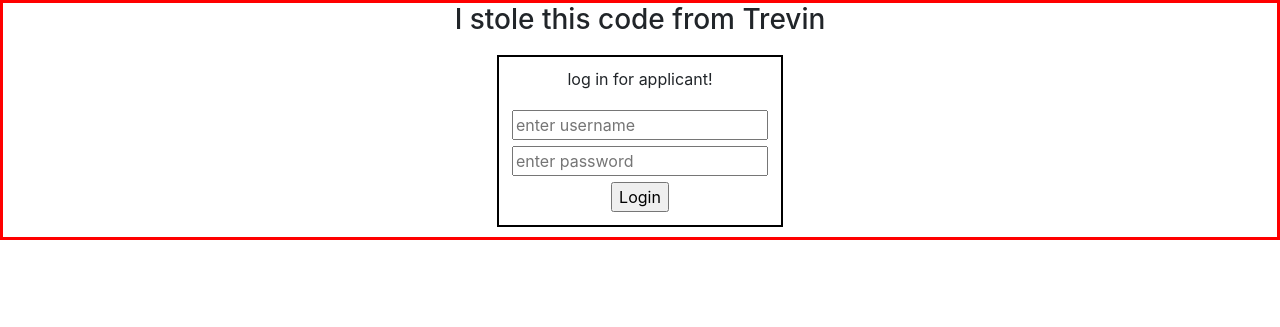
Repository: 2001usfpega/ZhenJ-code
Page: Project1/Showmethemoney/src/main/webapp/resources/html/homepage.html
These files come from the project's save history. The page is drawn as it stood at one moment and after the next save; the edit follows.
The browser window is 1280 px wide. The pictures show the whole page.

Above is the page before, as saved 2020-02-09 06:21:59.

After the next save:
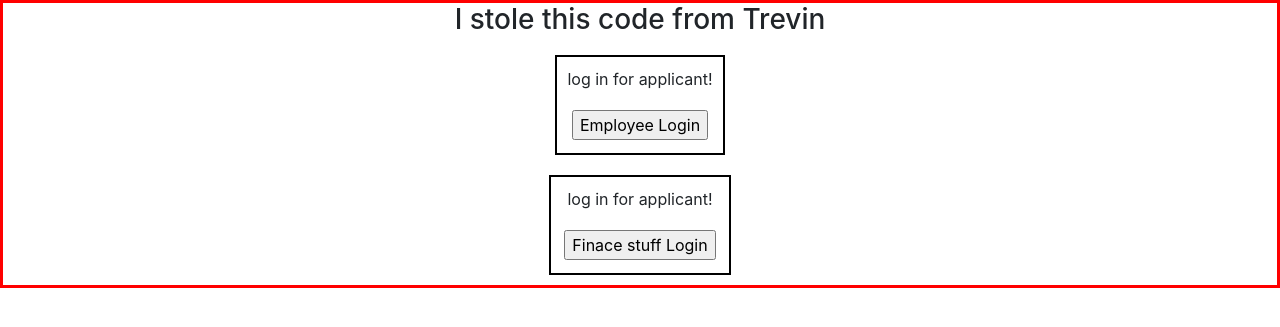
Saved 9 h 35 min later.
--- a/Project1/Showmethemoney/src/main/webapp/resources/html/homepage.html
+++ b/Project1/Showmethemoney/src/main/webapp/resources/html/homepage.html
@@ -17,11 +17,14 @@
 		<!-- FRONT CONTROLLER EXAMPLE -->
 		<h3>I stole this code from Trevin</h3>
 
-		<form method="post" action="/Showmethemoney/toLogIn">
+		<form method="post" action="/Showmethemoney/toEmployeeLogIn">
 			<p>log in for applicant!</p>
-			<input placeholder="enter username" name="username-applicant" /><br>
-			<input placeholder="enter password" name="password-applicant" /><br>
-			<input type="submit" value="Login" />
+			<input type="submit" value="Employee Login" />
+		</form>
+
+		<form method="post" action="/Showmethemoney/toFinaceLogIn">
+			<p>log in for applicant!</p>
+			<input type="submit" value="Finace stuff Login" />
 		</form>
 
 
